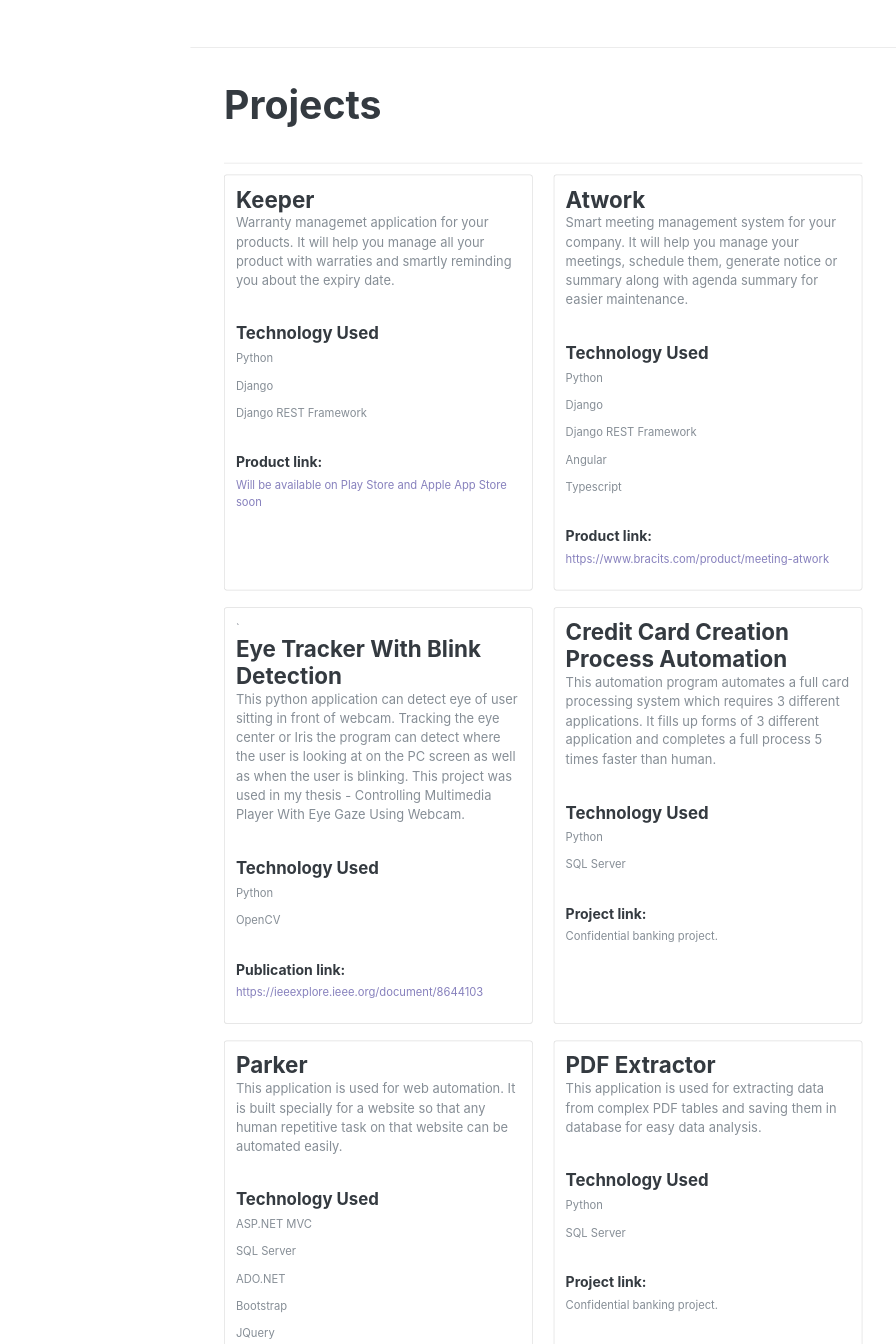
Repository: xahin96/xahin96.github.io
Page: index.html
The author's editor kept a copy of each file at every save. The page is drawn from the files as they stood at one save, then again after the next save.
The browser window is 1280 px wide. The pictures show the part of the page from y = 3348 to 5268 px (the page is 5497 px tall before and 5491 px after), at 70% of full size.
Some web fonts or font styles are not loaded; a fallback is used.

Above is the page before, as saved 2024-04-27 12:44:48.

After the next save:
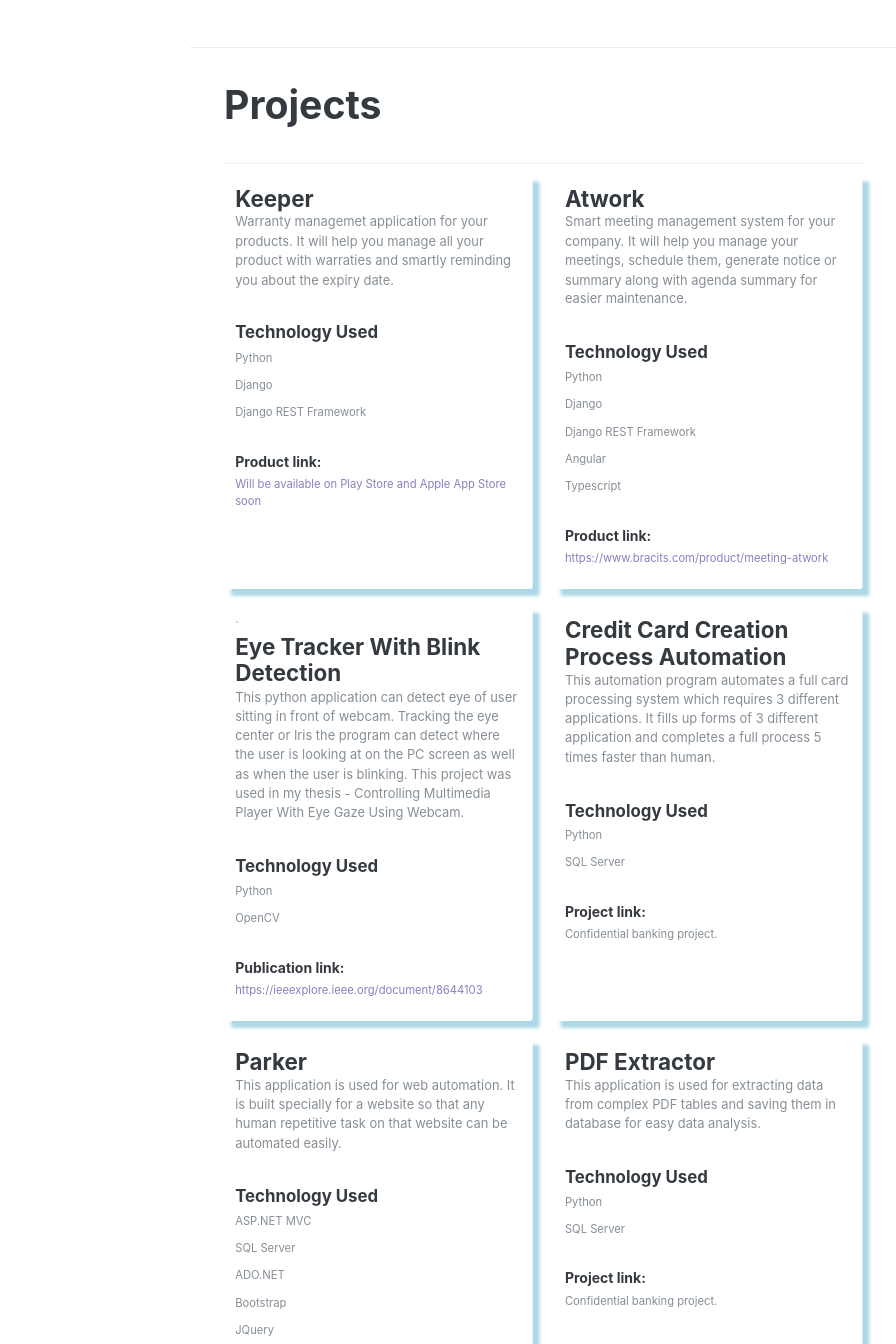
Saved 57 s later.
--- a/css/resume.css
+++ b/css/resume.css
@@ -214,5 +214,7 @@ a:hover, a:focus, a:active {
 
 .project .card{
   height: 100%;
+  border: none;
+  box-shadow: 10px 10px 5px lightblue;
   /* background: red; */
 }
